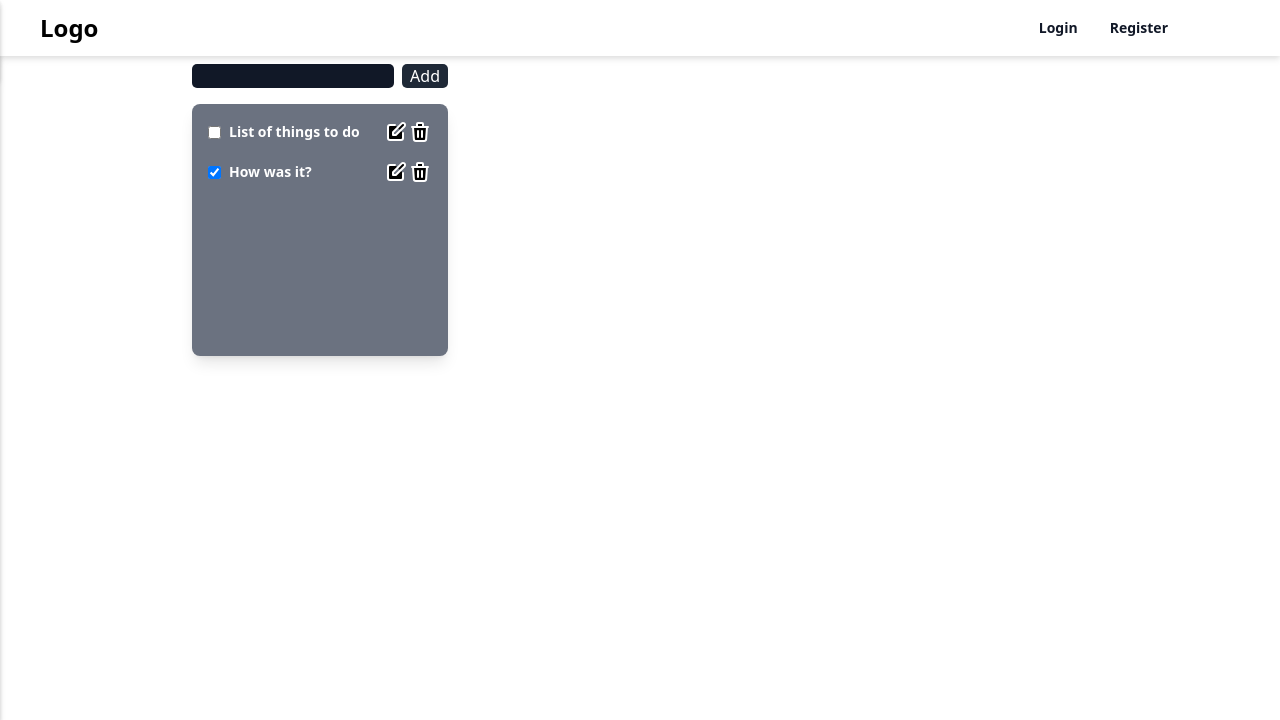
Repository: nation430/loginAuth-Nextjs
Page: /todos/TodoPage
The author's editor kept a copy of each file at every save. The page is drawn from the files as they stood at one save, then again after the next save.
The browser window is 1280 px wide. The pictures show the whole page.
The project was rebuilt for these pictures with package versions that can differ from the ones it lists, and the page was loaded fresh each time. The framework's server and built-in components were replaced by stand-ins that run in the browser. Also part of the build but not shown: next.config.js.

Above is the page before, as saved 2022-06-07 10:27:58.

After the next save:
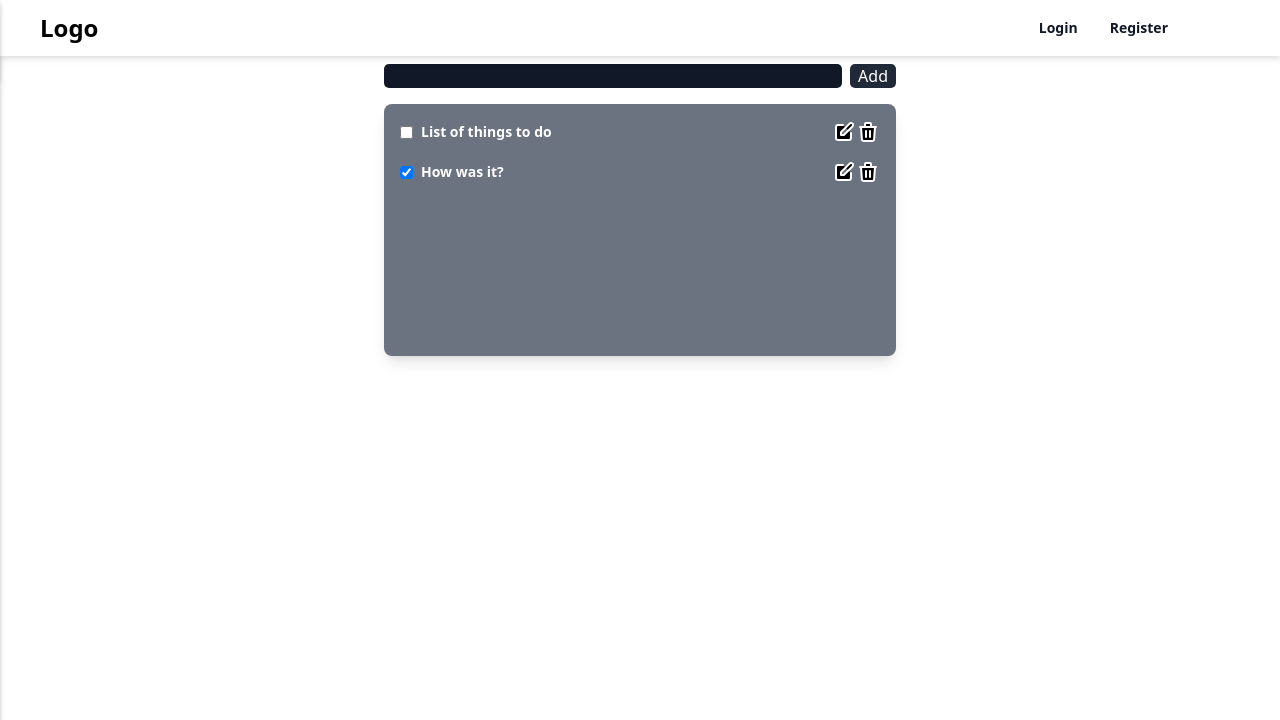
Saved 5 s later.
--- a/pages/todos/TodoPage.js
+++ b/pages/todos/TodoPage.js
@@ -29,7 +29,7 @@
     setValue("");
   };
   return (
-    <div className="w-[50%]  flex flex-col text-white  items-center space-y-4">
+    <div className=" flex flex-col text-white  items-center space-y-4">
       <h1 className="uppercase pt-6 font-bold text-gray-900">List Items</h1>
       <form onSubmit={addTodo} className="w-[40%] space-x-2 flex">
         <input

After the save that followed:
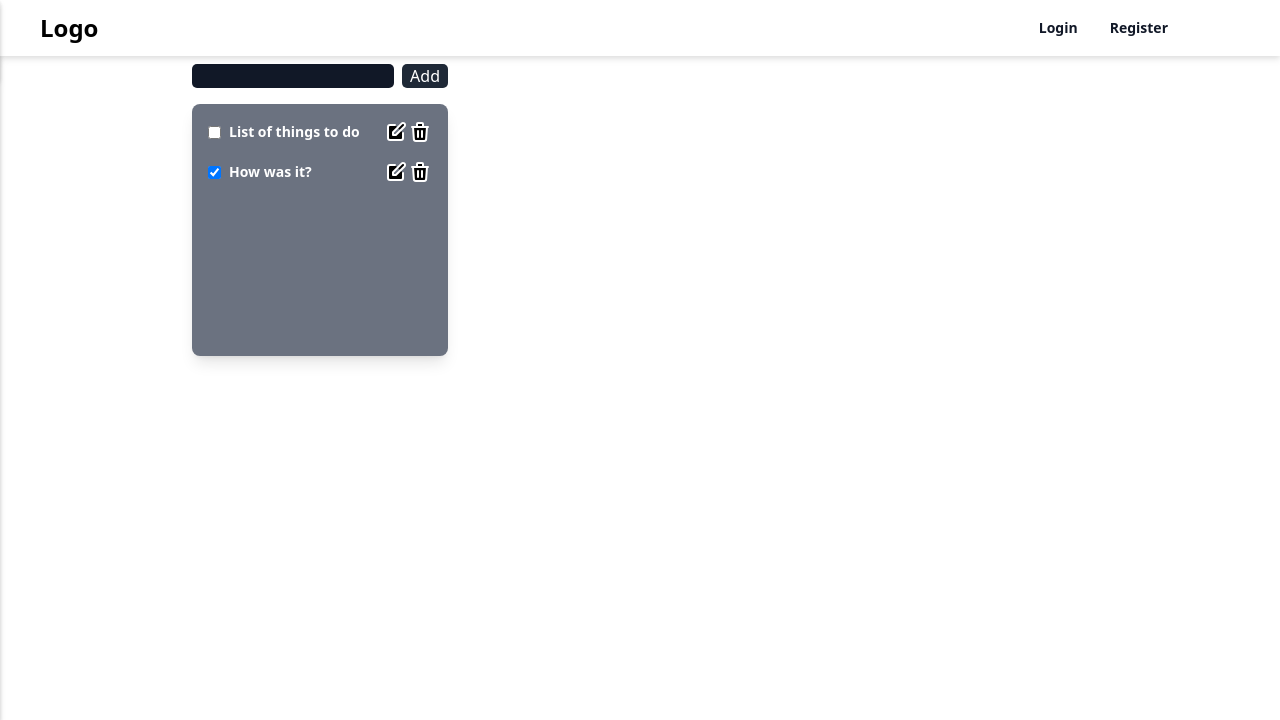
Saved 18 s later.
--- a/pages/todos/TodoPage.js
+++ b/pages/todos/TodoPage.js
@@ -29,7 +29,7 @@
     setValue("");
   };
   return (
-    <div className=" flex flex-col text-white  items-center space-y-4">
+    <div className="w-[50%] h-auto flex flex-col text-white  items-center space-y-4">
       <h1 className="uppercase pt-6 font-bold text-gray-900">List Items</h1>
       <form onSubmit={addTodo} className="w-[40%] space-x-2 flex">
         <input
